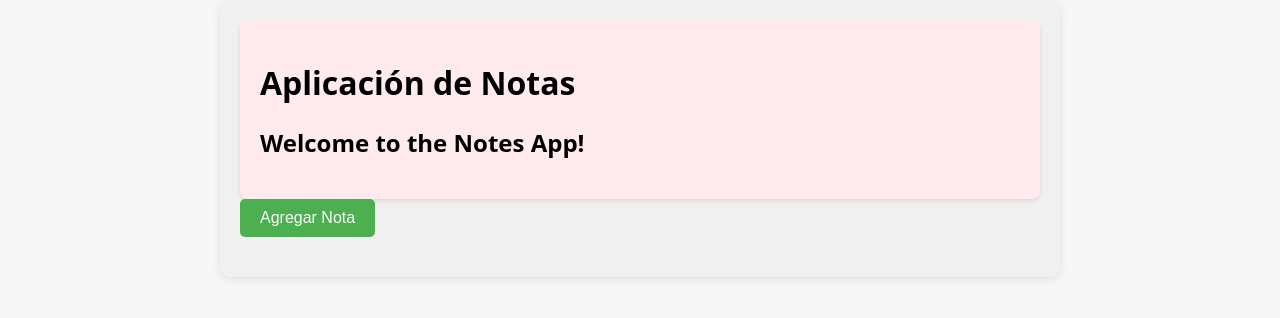
Repository: xunxuno/aplicacion_web_notas
Page: / (app in notas_web_app/)
The author's editor kept a copy of each file at every save. The page is drawn from the files as they stood at one save, then again after the next save.
The browser window is 1280 px wide. The pictures show the whole page.
The project was rebuilt for these pictures with package versions that can differ from the ones it lists, and the page was loaded fresh each time. Also part of the build but not shown: notas_web_app/vite.config.ts, notas_web_app/src/components/Note.tsx, notas_web_app/src/components/NoteCollection.tsx, notas_web_app/src/components/NoteModal.tsx.

Above is the page before, as saved 2024-10-02 15:45:09.

After the next save:
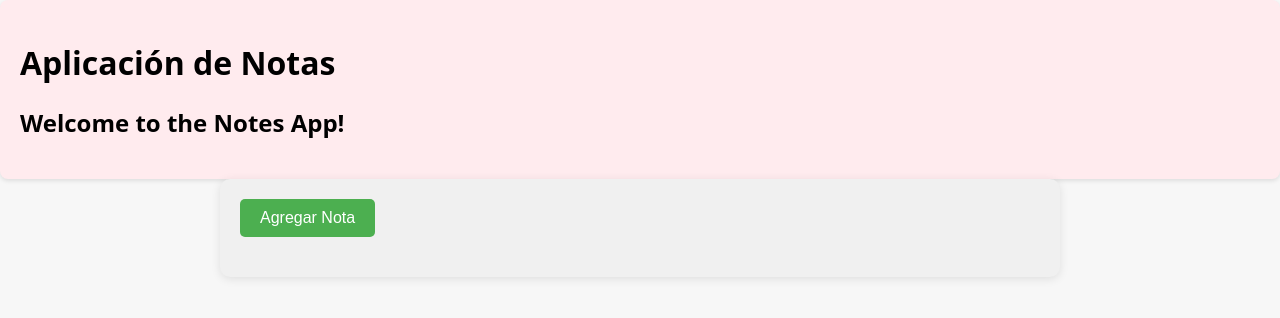
Saved 79 s later.
--- a/notas_web_app/src/App.tsx
+++ b/notas_web_app/src/App.tsx
@@ -59,8 +59,9 @@
 
   return (
     <NotesProvider>
+      <AppBar />
       <div className="app-container"> {/* Clase para el contenedor principal */}
-        <AppBar />
+
 
         <button className="add-note-button" onClick={handleOpenModal}>Agregar Nota</button> {/* Clase para el botón */}
 

After the save that followed:
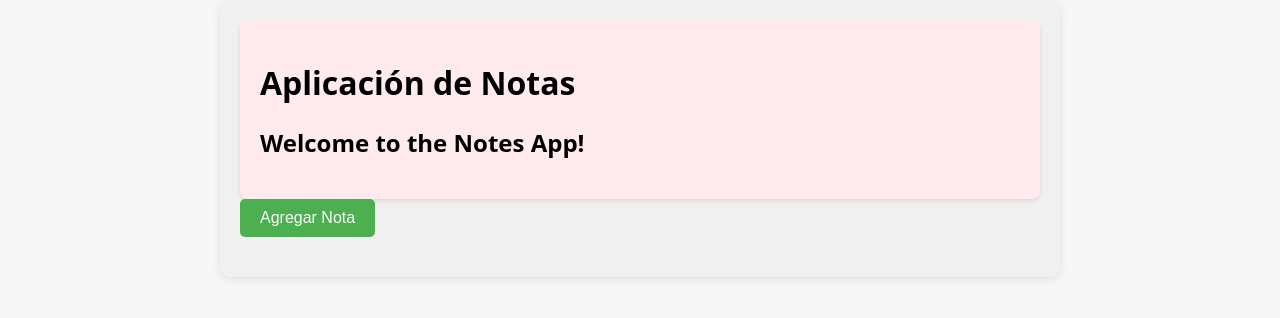
Saved 38 s later.
--- a/notas_web_app/src/App.tsx
+++ b/notas_web_app/src/App.tsx
@@ -59,9 +59,8 @@
 
   return (
     <NotesProvider>
-      <AppBar />
       <div className="app-container"> {/* Clase para el contenedor principal */}
-
+        <AppBar />
 
         <button className="add-note-button" onClick={handleOpenModal}>Agregar Nota</button> {/* Clase para el botón */}
 
